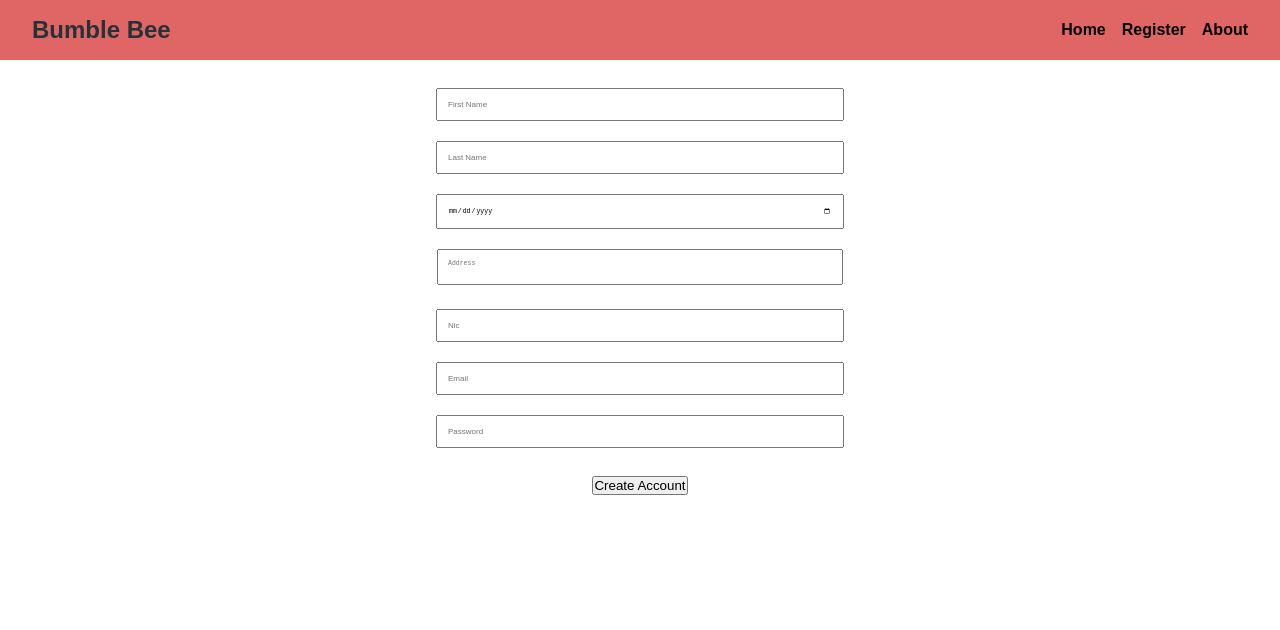
Repository: developerks611/Bumble-bee
Page: http://localhost/Bumble/add-customer.jsp
These files come from the project's save history. The page is drawn as it stood at one moment and after the next save; the edit follows.
The browser window is 1280 px wide. The pictures show the whole page.
The page is served by Tomcat 9.

Above is the page before, as saved 2023-02-28 03:47:29.

After the next save:
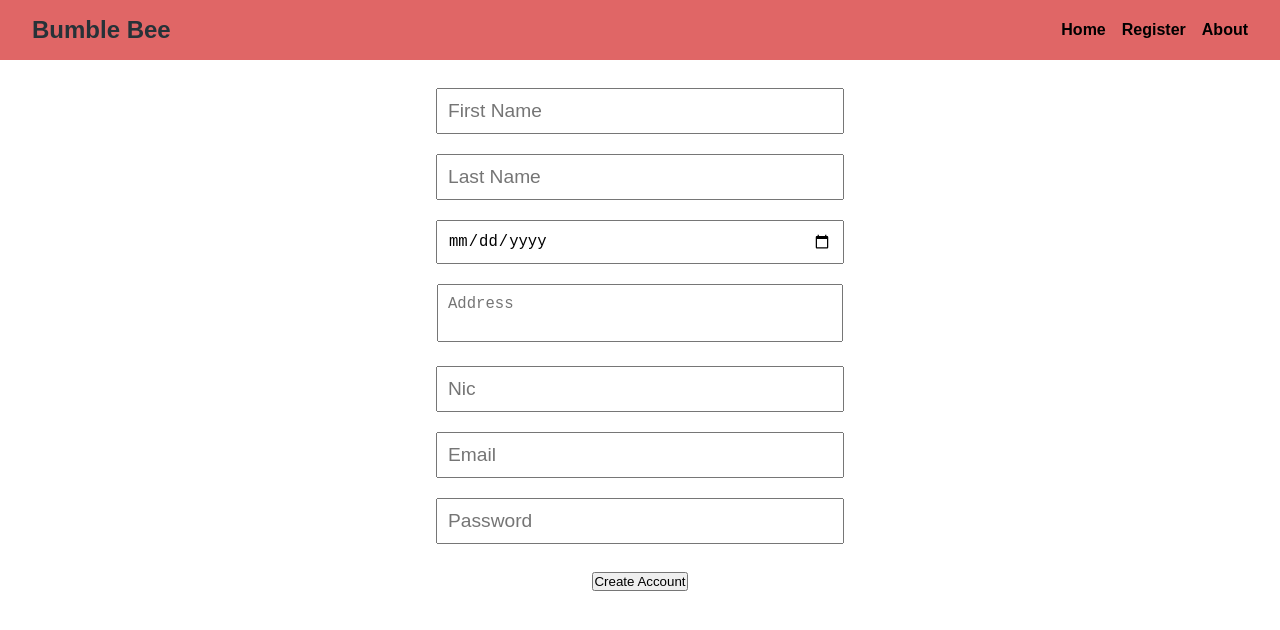
Saved 7 s later.
--- a/Bumble/src/main/webapp/add-customer.jsp
+++ b/Bumble/src/main/webapp/add-customer.jsp
@@ -53,7 +53,7 @@ nav a {
 	height:auto;
 	margin:10px;
 	padding:10px;
-	font-size:50%;
+	font-size:120%;
 }
 
 
